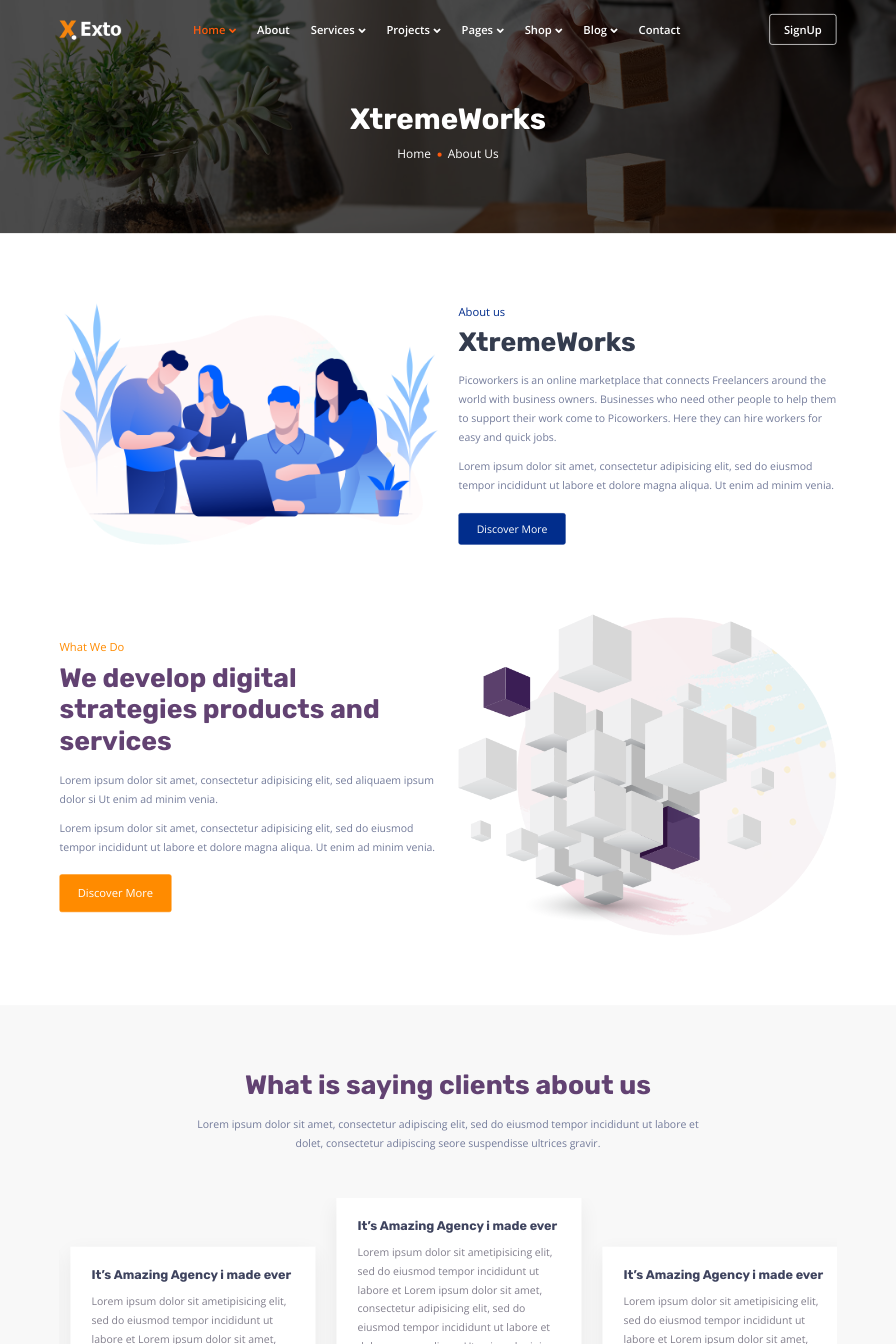
Repository: aakashrajput/XtremeWorks
Page: http://localhost/about
An editor plug-in stored every save of this project. The page is shown before and after the next save, followed by the edit.
The browser window is 1280 px wide. The pictures show the part of the page from y = 0 to 1920 px (the page is 4289 px tall), at 70% of full size.
The page is served by the project's Laravel application, run on PHP 8.4 with Laravel 8.

Above is the page before, as saved 2020-03-26 04:15:01.

After the next save:
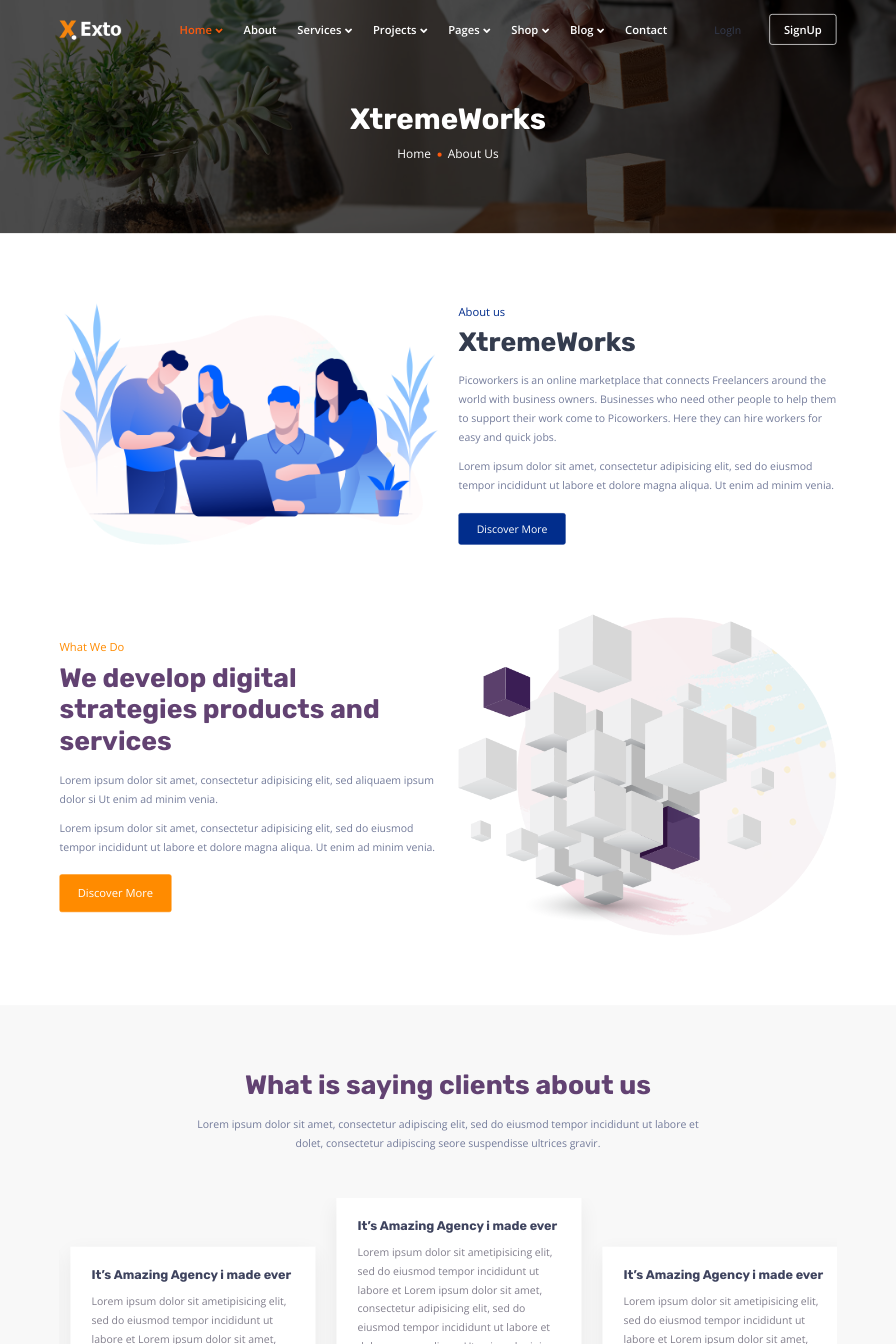
Saved 20 s later.
--- a/resources/views/site/includes/header.blade.php
+++ b/resources/views/site/includes/header.blade.php
@@ -183,6 +183,7 @@
                                 </li>
                             </ul>
 
+                            <a href="">LogIn</a>
                             <div class="others-options saas-option">
                                 <a class="saas-nav-btn" href="index-2.html#">
                                     SignUp
